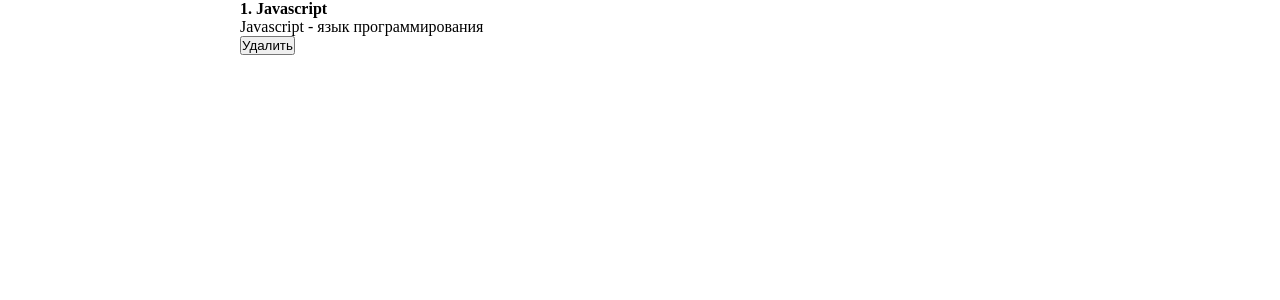
Repository: otvertka/ulb
Page: /
An editor plug-in stored every save of this project. The page is shown before and after the next save, followed by the edit.
The browser window is 1280 px wide. The pictures show the whole page.
The project was rebuilt for these pictures with package versions that can differ from the ones it lists, and the page was loaded fresh each time. Also part of the build but not shown: src/components/Counter.jsx, src/components/ClassCounter.jsx.

Above is the page before, as saved 2023-06-10 11:37:55.

After the next save:
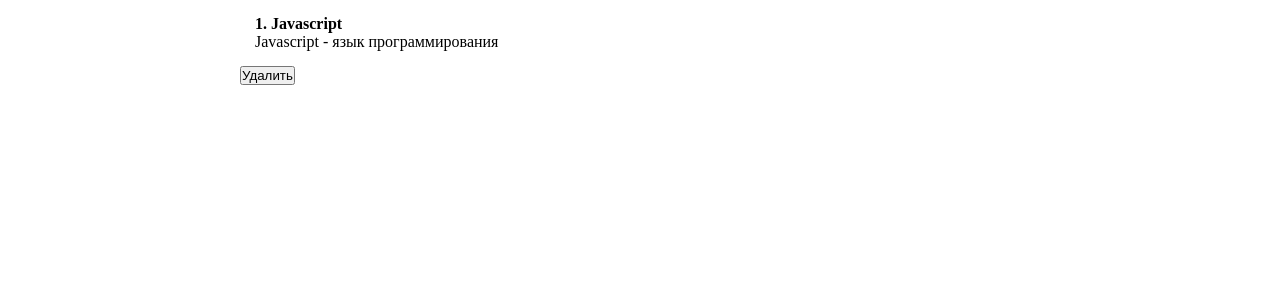
Saved 4 min 42 s later.
--- a/src/styles/App.css
+++ b/src/styles/App.css
@@ -13,3 +13,8 @@
 .App {
   width: 800px;
 }
+
+.post {
+  display: flex;
+  padding: 15px;
+}
